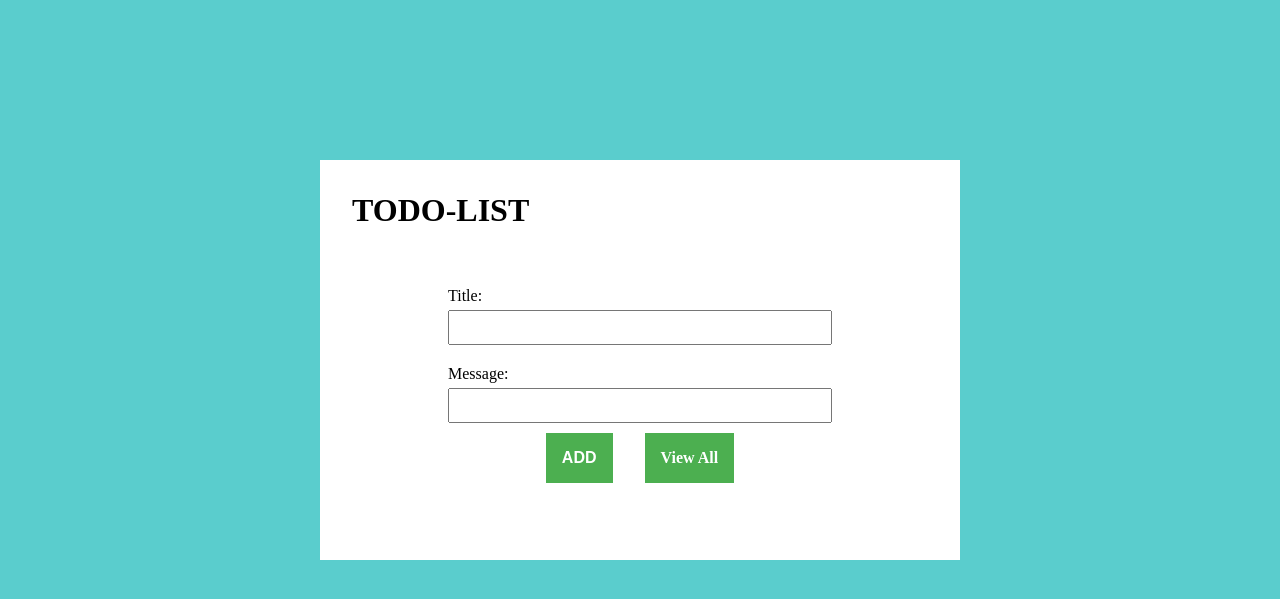
Repository: deeptimahisare1206/Todo_List
Page: http://localhost/Hib_Nest/
These files come from the project's save history. The page is drawn as it stood at one moment and after the next save; the edit follows.
The browser window is 1280 px wide. The pictures show the whole page.
The page is served by Tomcat 10. Other server files are loaded and not shown.

Above is the page before, as saved 2024-11-17 16:19:29.

### Hib_Nest/src/main/webapp/index.jsp
<%@ page language="java" contentType="text/html; charset=UTF-8"
	pageEncoding="UTF-8"%>
<html>
<head>
<style>
*{
margin:0;
padding:0;
box-sizing: border-box;

}
body {
display:grid;
place-items:center;
	background-color: #5acdcd;
	gap: 2rem;
	height: 100vh;
}

.container{
padding:2rem;
	background-color: white;
	height: 25rem;
	width:50vw;
}

form {
    width: 30rem;
    margin: 0 auto;
    padding: 3rem;
}

label {
    display: block;
    margin: 10px 0 5px;
}

input[type="text"],
input[type="number"] {
    width: 100%;
    padding: 8px;
    margin-bottom: 10px;
}

input[type="submit"] ,a{
    background-color: #4CAF50;
    color: white;
    font-size:1rem;
    font-weight:bolder;
    padding: 1rem;
    border: none;
    cursor: pointer;
    text-decoration: none;
}

input[type="submit"]:hover {
    background-color: #45a049;
}
.btns{
width: 100%;
display: flex;
gap:2rem;
justify-content:center;
}
</style>
</head>
<body>
<div class="container">
	<h1>TODO-LIST</h1>

	<form action="Register" method="get">
		<label>Title:</label><input type="text" name="title"> <label>Message:
		</label><input type="text" name="msg">
		<div class="btns"> <input type="submit"
			value="ADD">
			<a href="Display.jsp">View All</a></div>
	</form>
	</div>
</body>
</html>

After the next save:
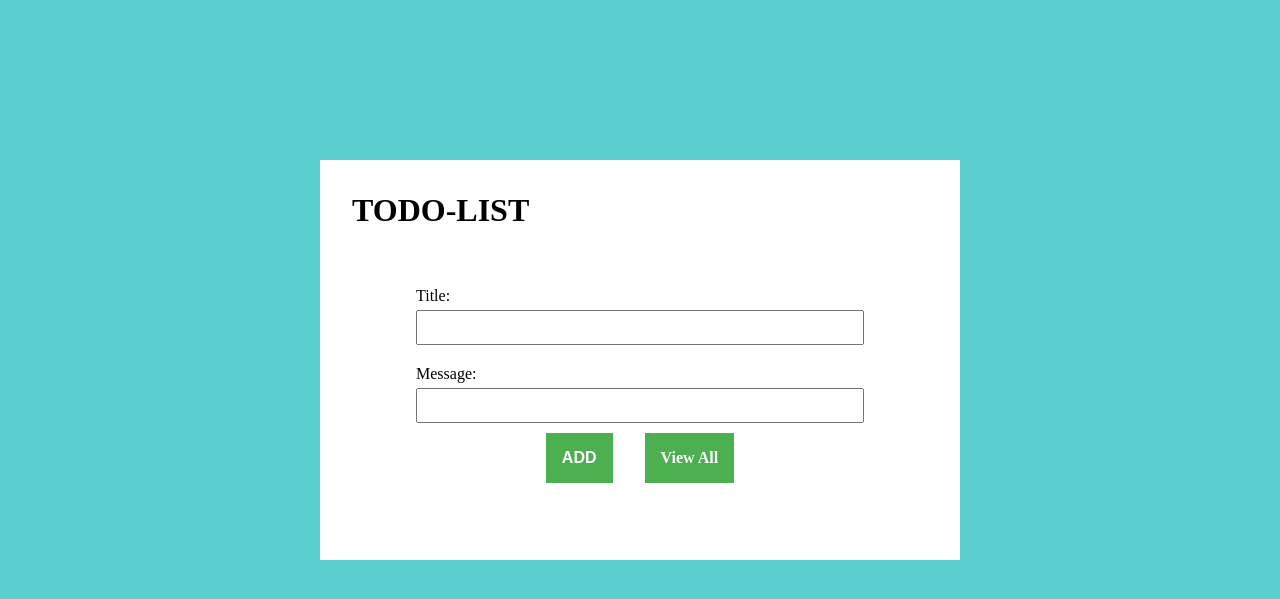
Saved 10 s later.
--- a/Hib_Nest/src/main/webapp/index.jsp
+++ b/Hib_Nest/src/main/webapp/index.jsp
@@ -27,7 +27,7 @@ padding:2rem;
 form {
     width: 30rem;
     margin: 0 auto;
-    padding: 3rem;
+    padding: 3rem 1rem;
 }
 
 label {
